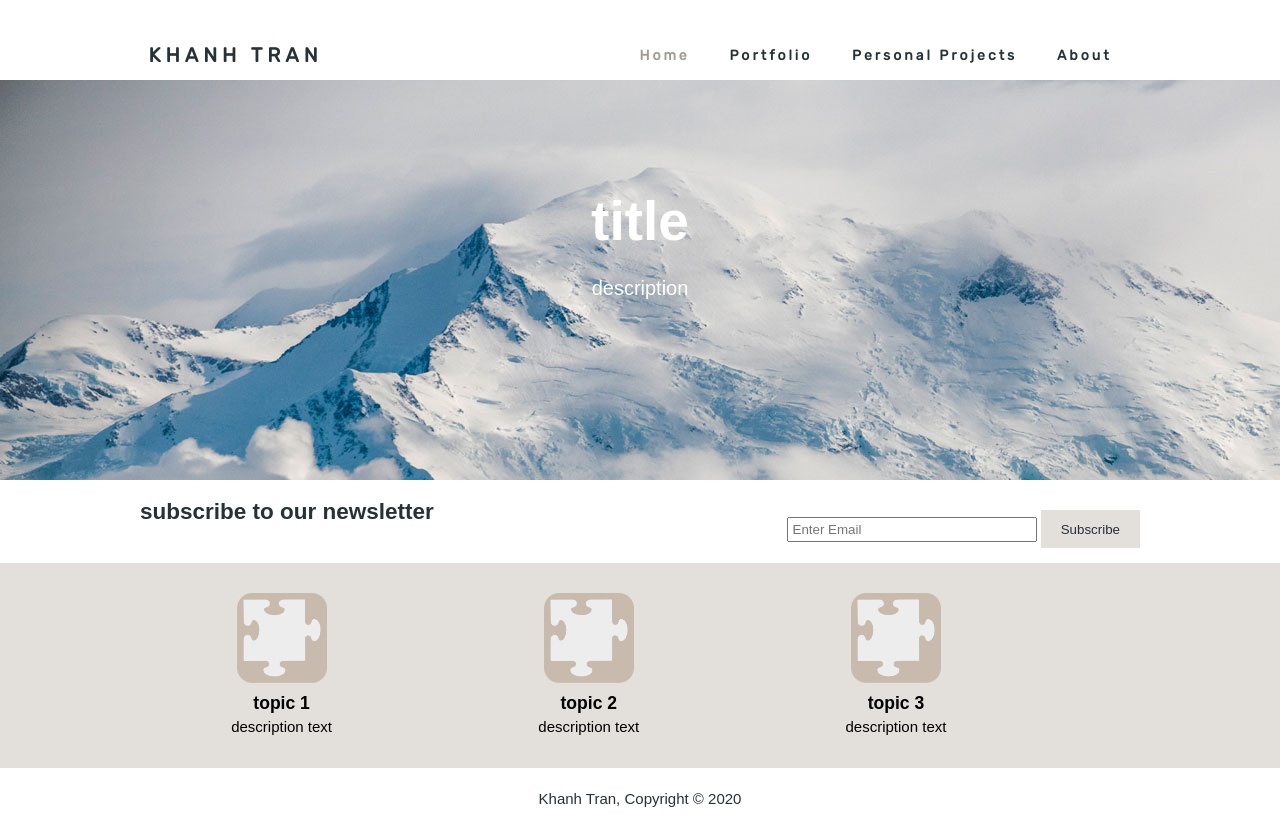
Repository: KTPo/KTPo.github.io
Page: index.html
The author's editor kept a record of every edit. The page is drawn from the files as they stood at one moment, then again after the next edit.
The browser window is 1280 px wide. The pictures show the whole page.

Above is the page before.

### index.html
<!DOCTYPE html>
<html>
    <head>
        <title>Welcome | Khanh's Webpage</title>
        <link rel='icon' href='./previewImages/puzzle.png' type='image/x-icon'/ >
        <link href="https://fonts.googleapis.com/css2?family=Rubik&display=swap" rel="stylesheet">
        <link rel="stylesheet" type="text/css" href="style.css">

        <meta name = "viewport" content = "width=device-width">
        <meta name="description" content="Personal Website">
        <meta name="keywords" content="khanhtran, khanhtranCV">
        <meta name="author" content="Khanh Tran">

        <script src = "app.js" type='text/javascript'></script>



    </head>
    <body>
        <header>
            <nav>
                <div class = "logo">
                    <h4><a href = "index.html">Khanh Tran</a></h4>
                </div>
                <ul class = "nav-links">
                    <li class = "active"><a href = "index.html">Home</a></li>
                    <li><a href = "portfolio.html">Portfolio</a></li>
                    <li><a href = "personalproj.html">Personal Projects</a></li>
                    <li><a href = "about.html">About</a></li>
                </ul>
                <div class = "burger">
                    <div class = "line1"></div>
                    <div class = "line2"></div>
                    <div class = "line3"></div>
                </div>

            </nav>

        </header>

        <section id = "showcase">
            <div class = "container">
                <h1>title</h1>
                <p>description</p>
            </div>
        </section>

        <section id = "newsletter">
            <div class = "container">
                <h1>subscribe to our newsletter</h1>
                <form>
                    <input type = "email" placeholder = "Enter Email">
                    <button type = "submit" class = "button_1">Subscribe</button>
                </form>
            </div>
        </section>

        <section id = "boxes">
            <div class = "container">
                <div class = "box">
                    <img src = "./previewImages/puzzle.png">
                    <h3>topic 1</h3>
                    <p>description text</p>
                </div>
                <div class = "box">
                    <img src = "./previewImages/puzzle.png">
                    <h3>topic 2</h3>
                    <p>description text</p>
                </div>
                <div class = "box">
                    <img src = "./previewImages/puzzle.png">
                    <h3>topic 3</h3>
                    <p>description text</p>
                </div>
            </div>
        </section>

        <footer>
            <p>Khanh Tran, Copyright &copy; 2020</p>
        </footer>
    </body>
</html>



<!--- add sticky bar for music???? --->

### style.css
*{
    margin:0px;
    padding:0px;
    box-sizing:border-box;
}
/* nav bar */
body{
    background-color:#e3dfdb;
    font:15px/1.5 'Karla',sans-serif;
}
nav{
    display:flex;
    justify-content:space-around;
    align-items:center;
    min-height:8vh;
    font-family: 'Rubik', sans-serif;
    background-color:#ffffff;/*#e3dfdb*/

    padding-top:40px;
    padding-bottom:10px;


}

.logo{
    text-transform: uppercase;
    letter-spacing:5px;
    font-size:20px;
}

.logo a{
   color:#273138;
   text-decoration:none;
}

.nav-links{
    display:flex;
    justify-content:space-around;
    width:40%;
}

.nav-links li{
    list-style:none;
}

.nav-links .active a{
    color:#a39990;
    font-weight:bold;
}
.nav-links a{
    color:#273138;
    text-decoration:none;
    letter-spacing:3px;
    font-weight:bold;
    font-size:14px;
}
.nav-links .active a:hover{
    color:#c7b9ad;
    text-decoration:underline;
}
.nav-links a:hover{
    color:#555c61;
    text-decoration:underline;
}

a #active{
    color:white;
}

.burger{
    display:none;
    cursor:pointer;
}

.burger div{
    width:30px;
    height: 3px;
    background-color:#273138;
    margin:5px;
    transition:all 0.3s ease;
}

@media screen and (max-width:1024px){
    .nav-links{
        display:flex;
        justify-content:space-around;
        width:60%;
    }
}

@media screen and (max-width:768px){
    body{
        overflow-x:hidden;
    }
    .nav-links{
        position: absolute;
        right:0px;
        height:92vh;
        top:8vh;
        background-color:#ffffff;
        align-items:center;
        display:flex;
        flex-direction:column;
        width:50%;
        transform:translateX(100%);
        transition: 0.5s ease-in;

        padding-top:35px;
        /*padding-left:5px;
        padding-right:5px;*/


    }
    .nav-links li{
        opacity:0;
    }
    .burger{
        display:block;
    }
}

.nav-active{
    transform:translateX(0%);
}

@keyframes navLinkFade{
    from{
        opacity:0;
        transform:translateX(50px);
    }
    to{
        opacity:1;
        transform:translateX(0px);
    }
}

.toggle .line1{
    transform:rotate(-45deg) translate(-5px,6px);
}
.toggle .line2{
    opacity:0;
}
.toggle .line3{
    transform:rotate(45deg) translate(-5px,-6px);
}

/* end nav bar*/

/*Global*/
.container{
    width:80%;
    margin:auto;
    overflow:hidden;
}

.button_1{
    height:38px;
    background:#e3dfdb;
    border:none;
    padding-left:20px;
    padding-right:20px;
    color:#273138;
}

/* Showcase */

#showcase{
    min-height:400px;
    background:url('./previewImages/alaska.png') no-repeat ;
    text-align:center;
    color:#ffffff;

}

#showcase h1{
    margin-top:100px;
    font-size:55px;
    margin-bottom:10px;
}

#showcase p{
    font-size:20px;
}

#newsletter{
    padding:15px;
    color:#273138;
    background:#ffffff;
}

#newsletter h1{
    float:left;
}

#newsletter form{
    float:right;
    margin-top:15px;
}

#newsletter input[type="email"]{
    padding:4px;
    height:25px;
    width:250px;
}

#boxes{
    margin-top:20px;
}

#boxes .box{
    float:left;
    width:30%;
    padding:10px;
    text-align:center;

}

#boxes .box img{
    width:90px;
}

footer{
    padding:20px;
    margin-top:20px;
    color:#273138;
    background-color:#ffffff;
    text-align:center;
}

/*side bar*/

aside #sidebar{
    float:right;
    width:30%;
    margin-top:10px;
}

/*main column*/
article #main-col{
    float:left;
    width:65%;
}

Loaded but not shown: app.js (no copy from this time; the picture is the same without it)

After the next edit:
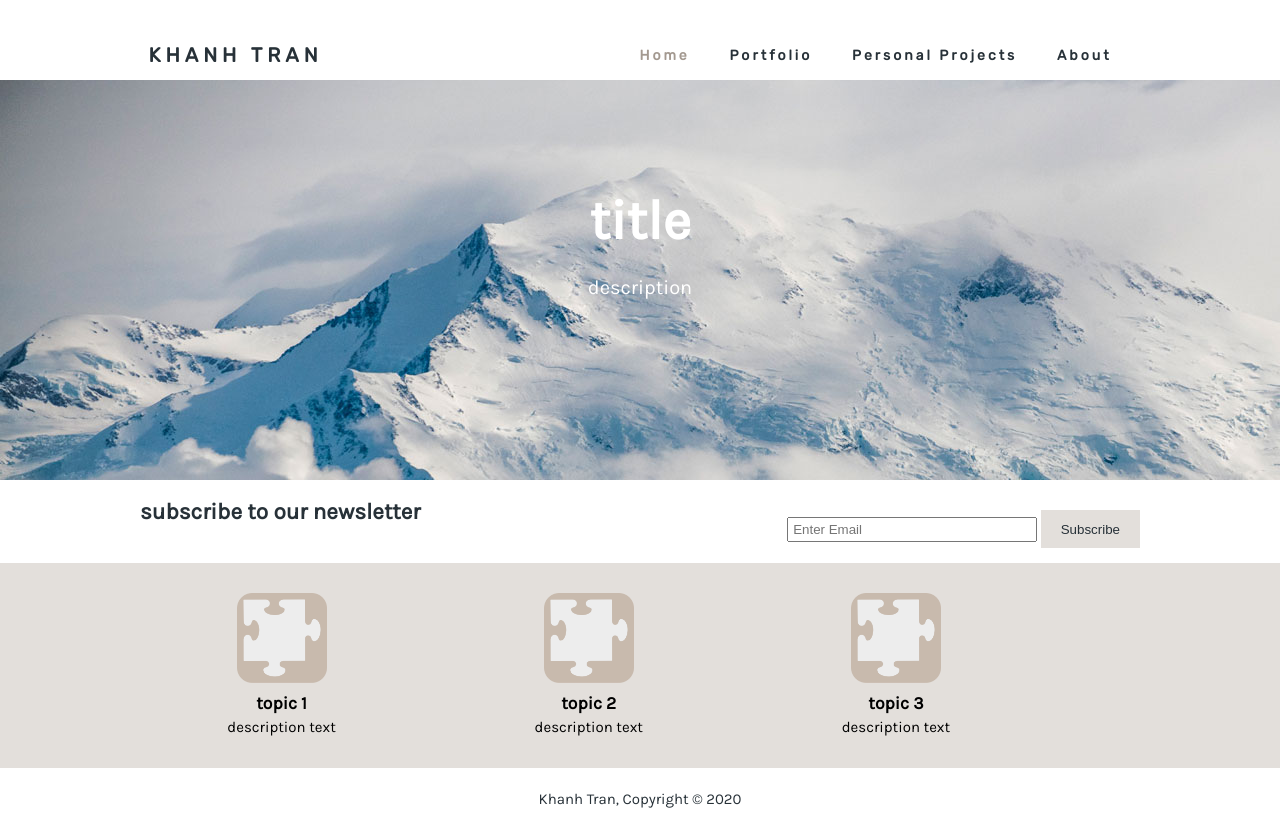
The edit:
--- a/index.html
+++ b/index.html
@@ -4,6 +4,7 @@
         <title>Welcome | Khanh's Webpage</title>
         <link rel='icon' href='./previewImages/puzzle.png' type='image/x-icon'/ >
         <link href="https://fonts.googleapis.com/css2?family=Rubik&display=swap" rel="stylesheet">
+        <link href="https://fonts.googleapis.com/css2?family=Karla&display=swap" rel="stylesheet">
         <link rel="stylesheet" type="text/css" href="style.css">
 
         <meta name = "viewport" content = "width=device-width">
